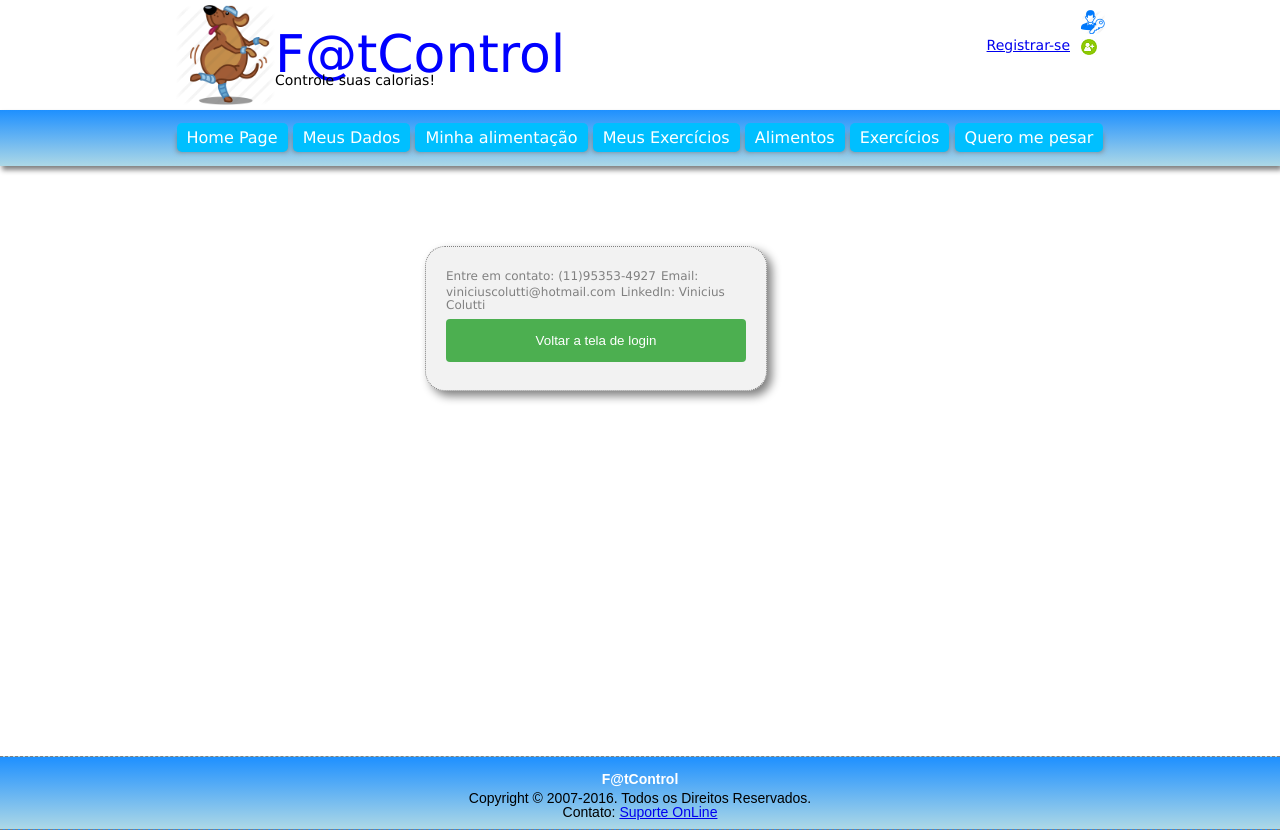
Repository: vinicius-colutti/FatControl-JavaWeb-Project
Page: http://localhost/Final/faleconosco.jsp
The author's editor kept a copy of each file at every save. The page is drawn from the files as they stood at one save, then again after the next save.
The browser window is 1280 px wide. The pictures show the whole page.
The page is served by Tomcat 9. Other server files are loaded and not shown.

Above is the page before, as saved 2016-12-03 20:08:29.

### jee/Final/WebContent/faleconosco.jsp
<%@ page language="java" contentType="text/html; charset=ISO-8859-1"
    pageEncoding="ISO-8859-1"%>
<!DOCTYPE html PUBLIC "-//W3C//DTD HTML 4.01 Transitional//EN" "http://www.w3.org/TR/html4/loose.dtd">
<html>
	<head>
		<meta http-equiv="Content-Type" content="text/html; charset=ISO-8859-1">
		<title>Insert title here</title>
		<link rel="stylesheet" href="css/reset.css">
		<link rel="stylesheet" href="css/estilo.css">
	</head>
		<body>
<div class="conteiner">

		<!-- HEADER -->
		<%@include file="header.jsp"%>
		<!-- FIM HEADER -->

		<!-- CONTEÚDO -->
		<div class="conteudo">

			<div class="autenticacao">

				<div class="formularioLogin">


					<form action="login.jsp">
					<label for="usuario">Entre em contato: (11)95353-4927</label>
					<label for="usuario">Email: viniciuscolutti@hotmail.com</label>
					<label for="usuario">LinkedIn: Vinicius Colutti</label>


					</form>

					<form action="sair.jsp" method="post">

						<input class="textBox" type="submit" value="Voltar a tela de login">


					</form>
				</div>

			</div>
		</div>
		<!-- FIM CONTEÚDO -->

		<!-- RODAPÉ -->
		<%@include file="footer.jsp"%>
		<!-- FIM RODAPÉ -->

</div>

		</body>
</html>

### jee/Final/WebContent/header.jsp

<!-- HEADER -->
<div class="container">
	<div style="padding-left: 5px; padding-right: 5px">
		<header>
			<h1>
				<img alt="FatControl" src="images/logo2.png" width="100"
					height="100">
			</h1>
			<p class="logo">F@tControl</p>
			<p class="subtitulo">Controle suas calorias!</p>
			<p class="login">

				<!--  <a href="#">Login</a>-->
			</p>
			<p class="registrar">
				<a href="cadastro.jsp">Registrar-se</a>
			</p>
		</header>
	</div>
</div>

<nav class="menu-sup">
	<ul>
		<li><a href="index.jsp">Home Page</a></li>
		<li><a href="meusdados.jsp">Meus Dados</a></li>
		<li><a href="minhaalimentacao.jsp">Minha alimentação</a></li>
		<li><a href="#">Meus Exercícios</a></li>
		<li><a href="alimentos.jsp">Alimentos</a></li>
		<li><a href="#">Exercícios</a></li>
		<li><a href="#">Quero me pesar</a></li>
	</ul>
</nav>
<!-- FIM HEADER -->

### jee/Final/WebContent/footer.jsp
<!-- RODAPÉ -->
<div class="rodape">
	<footer>
		<p style="color:white; font-weight: bold; margin-bottom: 5px;">F@tControl</p>
		<p>Copyright © 2007-2016. Todos os Direitos Reservados.</p>
		<p style="margin-bottom: 10px;">Contato: <a href="mailto:suporte@afinasoft.com.br">Suporte OnLine</a></p>
	</footer>
</div>
<!-- FIM RODAPÉ -->

### jee/Final/WebContent/css/estilo.css
body {
	color: #333333;
	font-family: "Lucida Sans Unicode", "Lucida Grande", sans serif;
}

.container {
	margin: 0 auto;
	width: 940px;
	padding-bottom: 5px;
	padding-top: 5px;
	padding-left: 0px;
	padding-right: 0px;
}

.conteudo {
	margin: 0 auto;
	margin-top: 5px;
	width: 940px;
	padding-bottom: 5px;
	padding-top: 5px;
	padding-left: 0px;
	padding-right: 0px;
	background-color:;
}

header {
	position: relative;
}

.logo {
	position: absolute;
	top: 18px;
	right: 0;
	font-size: 52px;
	width: 830px;
	height: 26px;
	padding-top: 5px;
	color: #0000FF;
}

.subtitulo {
	position: absolute;
	top: 18px;
	right: 0;
	font-size: 14px;
	width: 830px;
	height: 26px;
	padding-top: 50px;
	color: #000;
}

.login {
	position: absolute;
	top: 0;
	right: 0;
	background: url(../images/login24.png) no-repeat right;
	font-size: 14px;
	padding-right: 35px;
	padding-top: 0px;
	text-align: right;
	width: 200px;
	height: 26px;
	padding-top: 8px;
}

.registrar {
	position: absolute;
	top: 25px;
	right: 8px;
	background: url(../images/user.png) no-repeat right;
	font-size: 14px;
	padding-right: 27px;
	padding-top: 0px;
	text-align: right;
	width: 200px;
	height: 26px;
	padding-top: 8px;
}

.menu-sup {
	margin-top: 0px;
	/*background-color: #0000CD;*/
	background: linear-gradient(#1E90FF, #ADD8E6);
	box-shadow: 2px 4px 5px grey;
}

.menu-sup ul {
	font-size: 16px;
	padding-bottom: 20px;
	padding-top: 20px;
	padding-right: 0px;
	padding-left: 0px;
	text-align: center;
}

.menu-sup ul li {
	height: 50px;
	display: inline;
	margin-left: 0px;
	box-shadow: 0px 5px 5px grey;
}

.menu-sup a:hover {
	color: yellow;
	background-color: #6495ED;
}

.menu-sup a:VISITED {
	color: white;
}

.menu-sup a:LINK {
	color: white;
}

.menu-sup a {
	background-color: #00BFFF;
	padding-bottom: 5px;
	padding-top: 5px;
	padding-right: 10px;
	padding-left: 10px;
	border-radius: 5px;
	text-decoration: none;
}

.rodape {
	clear: both;
	margin-top : 5px;
	/*background-color: #0000CD;*/
	background: linear-gradient(#1E90FF, #ADD8E6);*/
	/*box-shadow: 0px 2px 5px grey;*/
	padding-bottom: 20px;
	padding-top: 15px;
	padding-right: 0px;
	padding-left: 0px;
	text-align: center;
	color: black;
	font-family: "Arial";
	font-size: 14px;
	margin-top: 5px;
	border-top: 1px dashed gray;
	border-bottom: 1px dashed gray;
}

.esquerda {
	float: left;
	margin-right: 0px;
	width: 310px;
	height: 500px;
	margin-bottom: 5px;
}

.direita {
	float: right;
	margin-left: 5px;
	width: 620px;
	height: 500px;
}

.tituloMenuEsq {
	padding-top: 10px;
	padding-bottom: 10px;
	padding-left: 45px;
	color: #0000CD;
	font-size: 24px;
	font-weight: bold;
	border-bottom: 0px solid gray;
	background: url(../images/perfil2.png) no-repeat left;
	margin-left: 20px;
}

.tituloMenuDir {
	padding-top: 10px;
	padding-bottom: 10px;
	padding-left: 45px;
	color: #0000CD;
	font-size: 24px;
	font-weight: bold;
	border-bottom: 0px solid gray;
	background: url(../images/food2.png) no-repeat left;
	margin-left: 20px;
}

.tituloConteudo {
	padding-top: 10px;
	padding-bottom: 10px;
	padding-left: 65px;
	color: #0000CD;
	font-size: 24px;
	font-weight: bold;
	border-bottom: 0px solid gray;
	background: url(../images/food.png) no-repeat left;

}

.imgperfil {
	margin-top: 0px;
	text-align: center;
	border-radius: 70px;
}

.conteudoEsquerdo {
	border: 1px dashed gray;
	border-radius: 20px;
	margin-top: 5px;
	background-color:  #f2f2f2;
	box-shadow: 2px 2px 5px gray;
}

.conteudoDireita {
	border: 1px dashed gray;
	border-radius: 20px;
	margin-top: 5px;
	background-color:  #f2f2f2;
	box-shadow: 2px 2px 5px gray;
}

.destaque {
	font-size: 20px;
	font-weight: bold;
	color: gray;
	margin-top: 2px;
	text-align: center;
	margin-bottom: 20px;
}

.tabelaEsq {
	font-size: 16px;
	font-weight: bold;
	color: gray;
	margin-top: 2px;
	padding: 20px;
}

.tabelaPerfil {
	border-collapse: collapse;
	width: 95%;
	margin-left: 5px;
	margin-right: 10px;
	font-size: 14px;
	margin-bottom: 22px;
}

.tabelaCalorias {
	border-collapse: collapse;
	width: 95%;
	/*margin-left: 15px;
	margin-right: 10px;*/
	margin: auto;
	font-size: 14px;
	margin-bottom: 12px;
}

tr, td {
	padding: 8px;
	text-align: left;
	border-bottom: 1px solid #ddd;
}



tr:HOVER {
	/*background-color: #F0FFFF;;*/
}

.centralizaConteudo {
	padding: 8px;
	text-align: center;
	border-bottom: 1px solid #ddd;
}

th {
	padding: 8px;
	text-align: left;
	border-bottom: 1px solid #ddd;
	background: linear-gradient(#1E90FF, #ADD8E6);
	color: white;
	box-shadow: 2px 2px 5px gray;
}

.formularioLogin {
    border-radius: 20px;
    background-color: #f2f2f2;
    padding: 20px;
    margin-top: 70px;
    width: 300px;
	margin-left: 250px;
	border: 1px dotted gray;
	box-shadow: 5px 5px 10px gray;
}

.textBox[type=text] {
    width: 100%;
    /*padding: 12px 20px;*/
    padding: 7px;
    margin: 8px 0;
    display: inline-block;
    border: 1px solid #ccc;
    border-radius: 4px;
    box-sizing: border-box;
}

.textBox[type=password] {
    width: 100%;
    /*padding: 12px 20px;*/
    padding: 7px;
    margin: 8px 0;
    display: inline-block;
    border: 1px solid #ccc;
    border-radius: 4px;
    box-sizing: border-box;
}

.textBox[type=submit] {
    width: 100%;
    background-color: #4CAF50;
    color: white;
    padding: 14px 20px;
    margin: 8px 0;
    border: none;
    border-radius: 4px;
    cursor: pointer;
}

.textBox[type=submit]:hover {
    background-color: #45a049;
}

.autenticacao {
	float: none;
	margin-left: 5px;
	width: 940px;
	height: 500px;
}

.tituloLogin {
	padding-top: 10px;
	padding-bottom: 0px;
	padding-left: 65px;
	color: gray;
	font-size: 24px;
	/*border-bottom: 1px solid gray;*/
	background: url(../images/autentica64.png) no-repeat left;
	margin-bottom: 20px;
	width: 250px;
	height: 70px;
}

fieldset {
	border: 0px solid #d1d1d1;
	width: 90%;
	margin: auto;
	padding: 10px;
	border-radius: 5px;
	margin-bottom: 12px;
	margin-top: 10px;
	/*box-shadow: 2px 2px 4px gray;*/
}

inputForm {
    width: 20px;
    padding: 2px;
    display: table;
}

label {
	font-size: 14px;
	color: gray;
}

input[type=text], select{
	padding: 5px;
	border: 1px solid #ccc;
    border-radius: 4px;
    box-sizing: border-box;
    margin-bottom: 5px;
}

input[type=submit]{
	background-color: #4CAF50;
    color: white;
    padding: 14px 20px;
    margin: 8px 0;
    border: none;
    border-radius: 4px;
    cursor: pointer;
}

input[type=submit]:HOVER {
	background-color: #45a049;
}


label {
	font-family: "arial" sans serif;
	font-size: 12px;
	color: gray;
}

Loaded but not shown: jee/Final/WebContent/css/reset.css (common file)

After the next save:
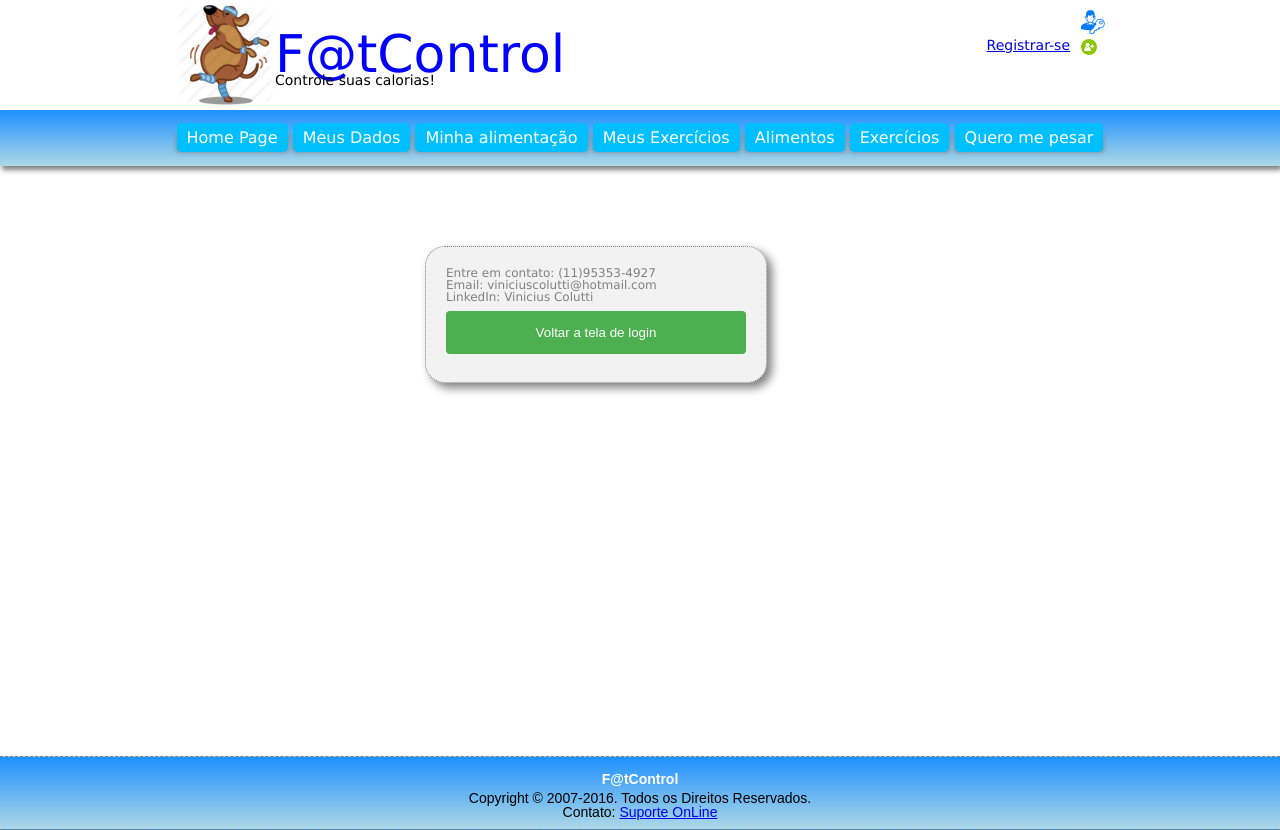
Saved 67 s later.
--- a/jee/Final/WebContent/faleconosco.jsp
+++ b/jee/Final/WebContent/faleconosco.jsp
@@ -24,9 +24,9 @@
 
 
 					<form action="login.jsp">
-					<label for="usuario">Entre em contato: (11)95353-4927</label>
-					<label for="usuario">Email: viniciuscolutti@hotmail.com</label>
-					<label for="usuario">LinkedIn: Vinicius Colutti</label>
+					<p><label for="usuario">Entre em contato: (11)95353-4927</label></p>
+					<p><label for="usuario">Email: viniciuscolutti@hotmail.com</label></p>
+					<p><label for="usuario">LinkedIn: Vinicius Colutti</label></p>
 
 
 					</form>
